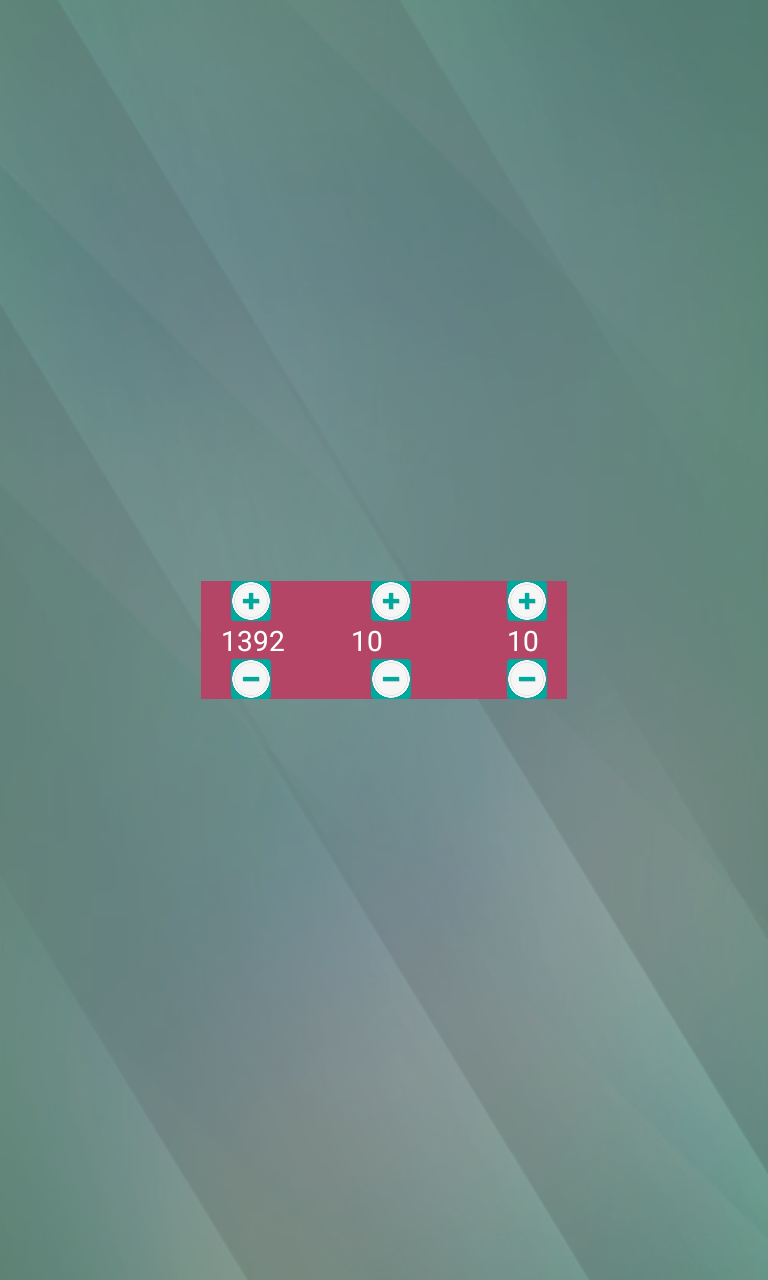
Repository: AtiehPardaz/Reports-Mobile
Layout: Reportsmobile/res/layout/activity_datepicker.xml
These files come from the project's save history. The layout is drawn as it stood at one moment and after the next save; the edit follows.
It is drawn on a 768 x 1280 px phone screen (xhdpi) without system bars, with theme Theme.behzad; the app's code is not run.

Above is the layout before, as saved 2015-03-10 12:53:04.

After the next save:
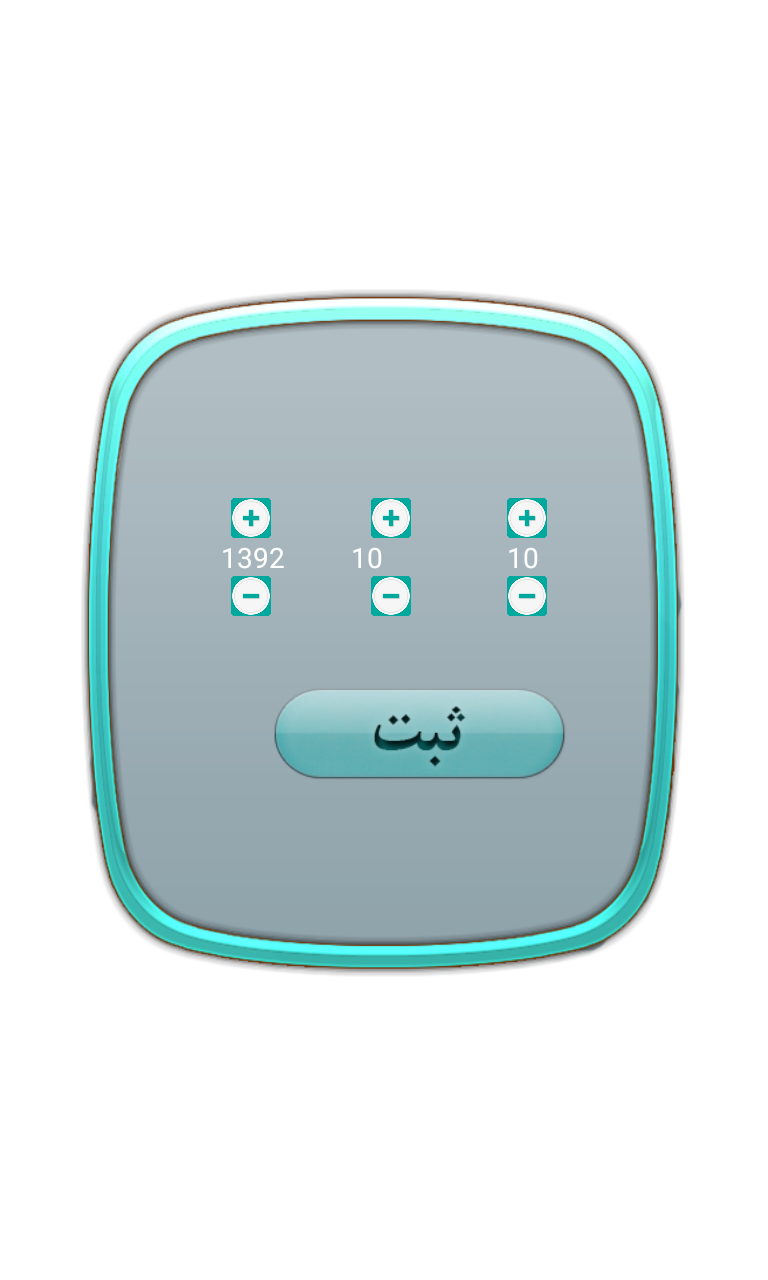
Saved 8 min 47 s later.
--- a/Reportsmobile/res/layout/activity_datepicker.xml
+++ b/Reportsmobile/res/layout/activity_datepicker.xml
@@ -1,8 +1,7 @@
 <RelativeLayout xmlns:android="http://schemas.android.com/apk/res/android"
     xmlns:tools="http://schemas.android.com/tools"
     android:layout_width="match_parent"
-    android:layout_height="match_parent"
-    android:background="@drawable/backmenutransparent" >
+    android:layout_height="match_parent" >
 
     <RelativeLayout
         android:id="@+id/rel_cal"
@@ -11,7 +10,8 @@
         android:layout_centerHorizontal="true"
         android:layout_centerInParent="true"
         android:layout_marginTop="20sp"
-        android:background="#b44567" >
+        android:background="@drawable/datepicjerbg"
+        android:gravity="center" >
 
         <RelativeLayout
             android:id="@+id/rel_left"
@@ -112,14 +112,25 @@
                 android:background="@drawable/arow_down_calender" >
             </ImageView>
         </RelativeLayout>
+
+        <ImageButton
+            android:id="@+id/imageButton1"
+            android:layout_width="wrap_content"
+            android:layout_height="wrap_content"
+            android:layout_alignRight="@+id/rel_right"
+            android:layout_below="@+id/rel_left"
+            android:layout_marginTop="35dp"
+            android:background="@drawable/img_btn_sabt"
+            android:src="@drawable/btn_click" />
+
     </RelativeLayout>
 
     <ImageView
+        android:id="@+id/imageView1"
         android:layout_width="wrap_content"
         android:layout_height="wrap_content"
         android:layout_below="@+id/rel_cal"
         android:layout_centerHorizontal="true" >
-
     </ImageView>
 
 </RelativeLayout>
